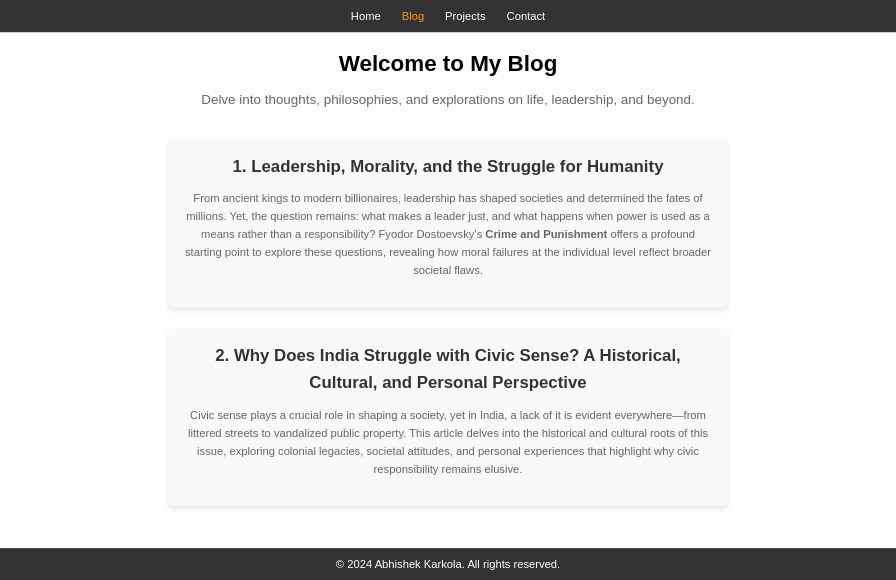
Repository: APersonalVoyage/APersonalVoyage.github.io
Page: blog.html
The author's editor kept a copy of each file at every save. The page is drawn from the files as they stood at one save, then again after the next save.
The browser window is 1280 px wide. The pictures show the part of the page from y = 0 to 1920 px (the page is 829 px tall before and 3391 px after), at 70% of full size.

Above is the page before, as saved 2025-04-05 14:37:47.

After the next save:
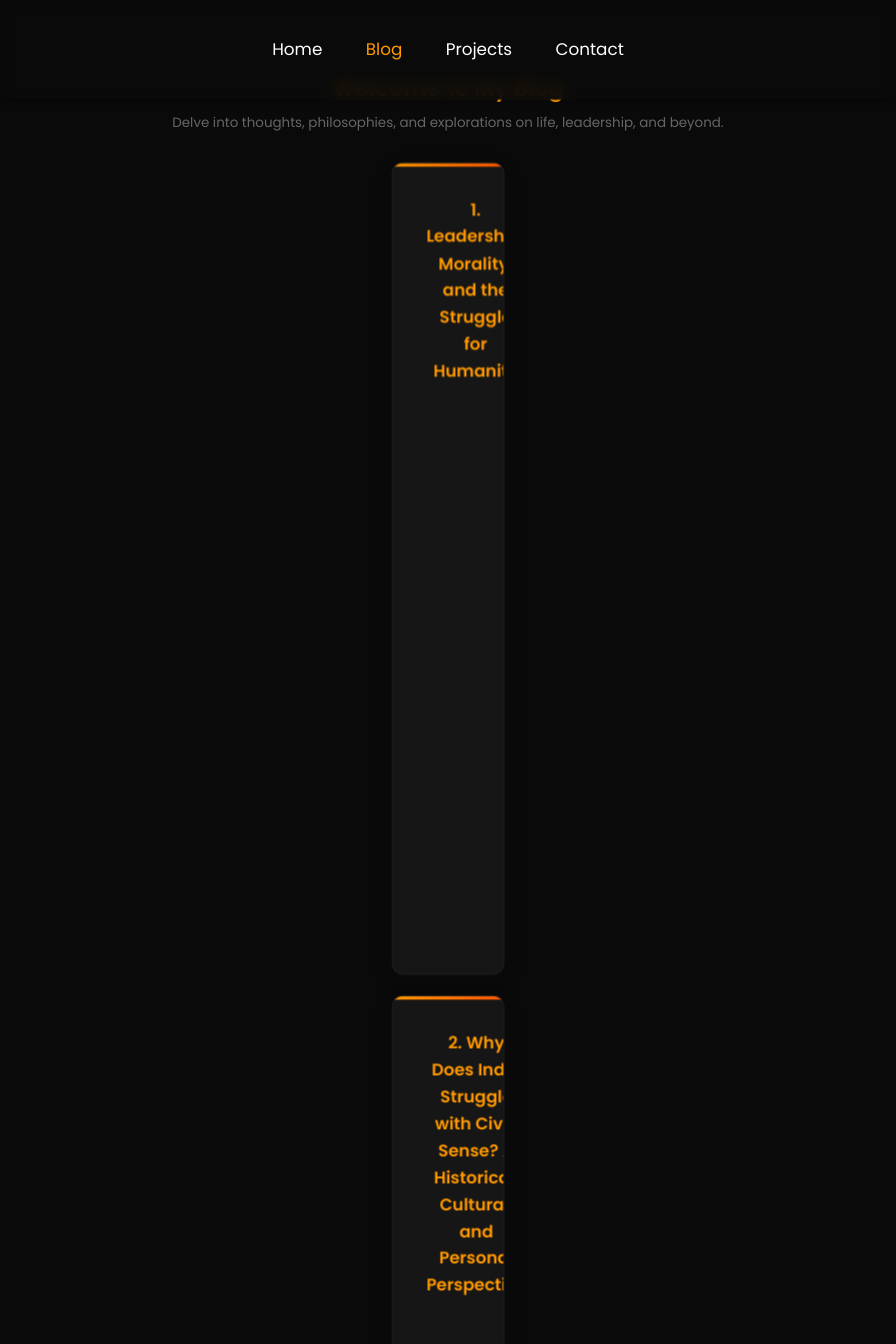
Saved 3 s later.
--- a/blog.html
+++ b/blog.html
@@ -4,6 +4,7 @@
   <meta charset="UTF-8">
   <meta name="viewport" content="width=device-width, initial-scale=1.0">
   <title>Blog - Abhishek Karkola</title>
+  <link rel="stylesheet" href="style.css" />
   <link rel="stylesheet" href="blog.css">
 </head>
 <body>
@@ -32,7 +33,7 @@
             <a href="blog_post_1.html" class="blog-link">1. Leadership, Morality, and the Struggle for Humanity</a>
           </h2>
           <p class="blog-summary">
-            From ancient kings to modern billionaires, leadership has shaped societies and determined the fates of millions. Yet, the question remains: what makes a leader just, and what happens when power is used as a means rather than a responsibility? Fyodor Dostoevsky’s <b>Crime and Punishment</b> offers a profound starting point to explore these questions, revealing how moral failures at the individual level reflect broader societal flaws.
+            From ancient kings to modern billionaires, leadership has shaped societies and determined the fates of millions. Yet, the question remains: what makes a leader just, and what happens when power is used as a means rather than a responsibility? Fyodor Dostoevsky's <b>Crime and Punishment</b> offers a profound starting point to explore these questions, revealing how moral failures at the individual level reflect broader societal flaws.
           </p>
         </article>
 
@@ -52,5 +53,25 @@
   <footer>
     <p>&copy; 2024 Abhishek Karkola. All rights reserved.</p>
   </footer>
+
+  <div id="particles-js"></div>
+  <script src="https://cdn.jsdelivr.net/particles.js/2.0.0/particles.min.js"></script>
+  <script>
+    particlesJS("particles-js", {
+      particles: {
+        number: { value: 40, density: { enable: true, value_area: 800 } },
+        color: { value: "#ff9900" },
+        shape: { type: "circle" },
+        opacity: { value: 0.3, random: false },
+        size: { value: 3, random: true },
+        line_linked: { enable: true, distance: 150, color: "#ff9900", opacity: 0.2, width: 1 },
+        move: { enable: true, speed: 2, direction: "none", random: false, straight: false, out_mode: "out" }
+      },
+      interactivity: {
+        detect_on: "canvas",
+        events: { onhover: { enable: true, mode: "repulse" }, onclick: { enable: true, mode: "push" } }
+      }
+    });
+  </script>
 </body>
 </html>
--- a/blog.css
+++ b/blog.css
@@ -6,12 +6,20 @@
 }
 
 body {
-  font-family: Arial, sans-serif;
+  background-color: #0a0a0a;
+  color: white;
+  font-family: "Poppins", sans-serif;
   line-height: 1.6;
 }
 
 header {
-  background-color: #333;
+  background: rgba(10, 10, 10, 0.9);
+  backdrop-filter: blur(10px);
+  position: fixed;
+  width: 100%;
+  top: 0;
+  z-index: 1000;
+  box-shadow: 0 2px 10px rgba(0, 0, 0, 0.3);
   padding: 10px 0;
 }
 
@@ -40,6 +48,7 @@ header {
 
 .blog-header {
   margin-bottom: 40px; /* Adds space between title and blog post */
+  animation: fadeIn 1s ease-in-out;
 }
 
 .title {
@@ -61,12 +70,32 @@ header {
 }
 
 .blog-details {
-  background-color: #f9f9f9;
-  padding: 20px;
-  width: 80%; /* Makes sure the blog posts aren't too wide */
-  max-width: 800px; /* Limits the maximum width */
-  border-radius: 8px;
-  box-shadow: 0 4px 8px rgba(0, 0, 0, 0.1);
+  background: rgba(255, 255, 255, 0.05);
+  backdrop-filter: blur(10px);
+  border-radius: 15px;
+  padding: 2rem;
+  box-shadow: 0 8px 32px rgba(0, 0, 0, 0.1);
+  border: 1px solid rgba(255, 255, 255, 0.1);
+  transition: all 0.3s ease;
+  transform-style: preserve-3d;
+  perspective: 1000px;
+  overflow: hidden;
+  position: relative;
+}
+
+.blog-details:hover {
+  transform: translateY(-10px);
+  box-shadow: 0 15px 30px rgba(0, 0, 0, 0.2);
+}
+
+.blog-details::before {
+  content: '';
+  position: absolute;
+  top: 0;
+  left: 0;
+  width: 100%;
+  height: 5px;
+  background: linear-gradient(90deg, #ff9900, #ff5500);
 }
 
 .project-title {
@@ -75,19 +104,20 @@ header {
 }
 
 .blog-link {
-  text-decoration: none;
-  color: #333;
+  color: #ff9900;
+  font-weight: 600;
+  transition: all 0.3s ease;
+  display: inline-block;
 }
 
 .blog-link:hover {
-  color: #ff9900; /* Highlight on hover */
+  transform: translateX(5px);
+  color: #ff5500;
 }
 
 .blog-summary {
-  font-size: 1rem;
-  color: #666;
-  line-height: 1.6;
-  margin-bottom: 20px;
+  color: rgba(255, 255, 255, 0.7);
+  line-height: 1.8;
 }
 
 /* Footer Styling */
@@ -98,3 +128,12 @@ footer {
   padding: 10px 0;
   margin-top: 40px;
 }
+
+main {
+  padding-top: 80px;
+}
+
+@keyframes fadeIn {
+  from { opacity: 0; transform: translateY(20px); }
+  to { opacity: 1; transform: translateY(0); }
+}
